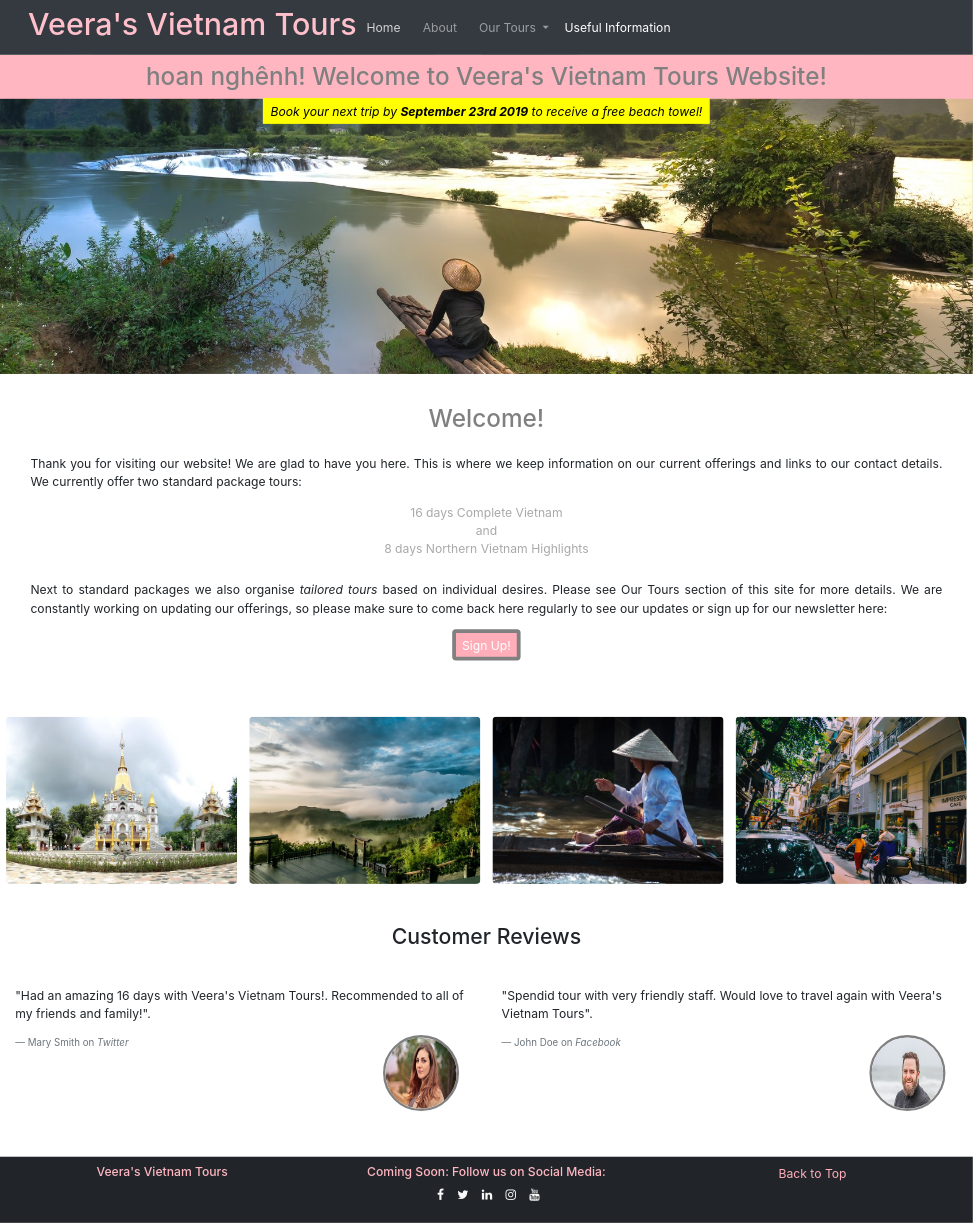
Repository: VAhola/VietnamTour
Page: index.html
The author's editor kept a record of every edit. The page is drawn from the files as they stood at one moment, then again after the next edit.
The browser window is 1280 px wide. The pictures show the whole page, at 76% of full size.

Above is the page before.

After the next edit:
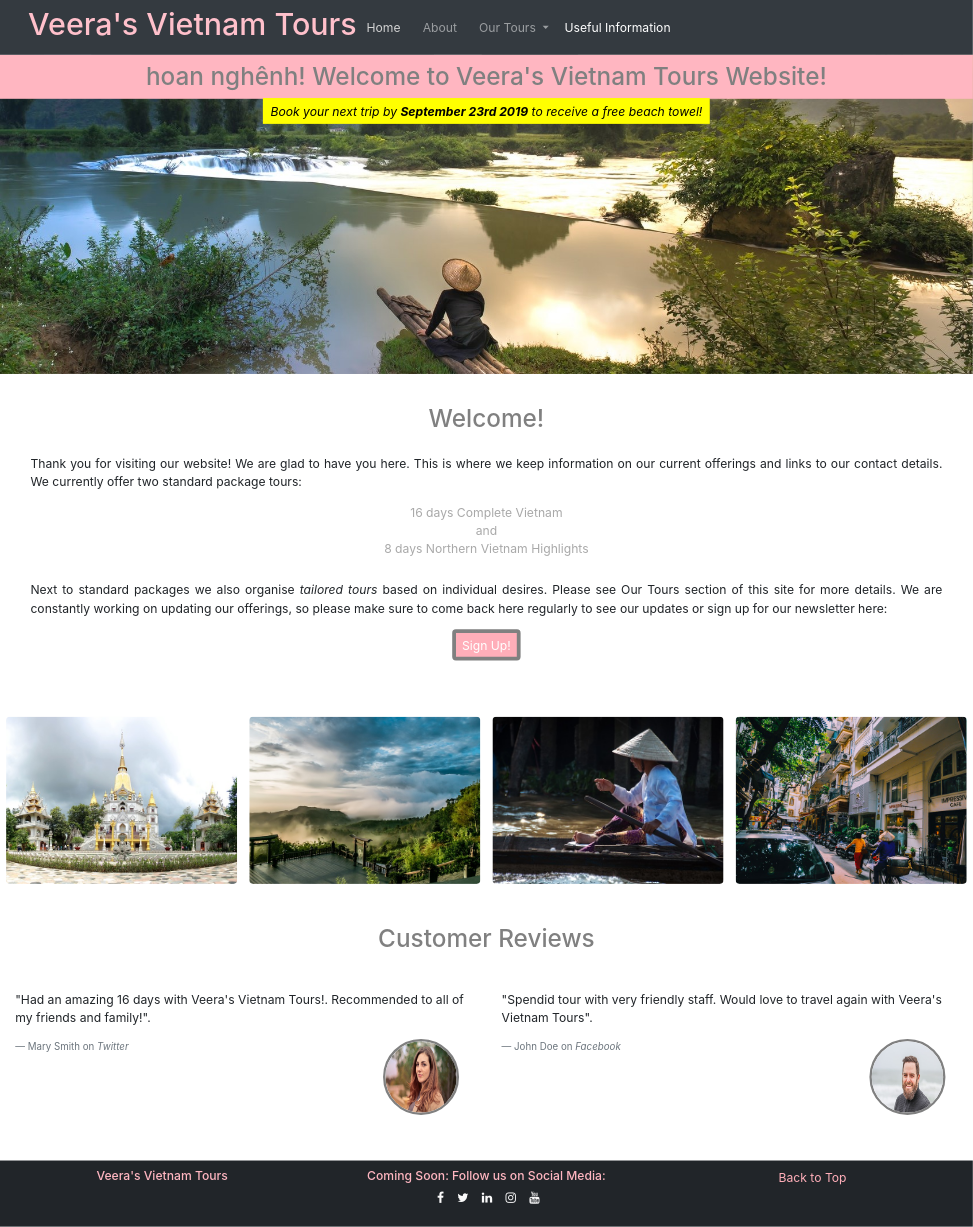
The edit:
--- a/index.html
+++ b/index.html
@@ -94,7 +94,7 @@
     </figure>
   </div>
 
-       <h3>Customer Reviews</h3>
+       <h2>Customer Reviews</h2>
 
 
 <div class="clearfix">
